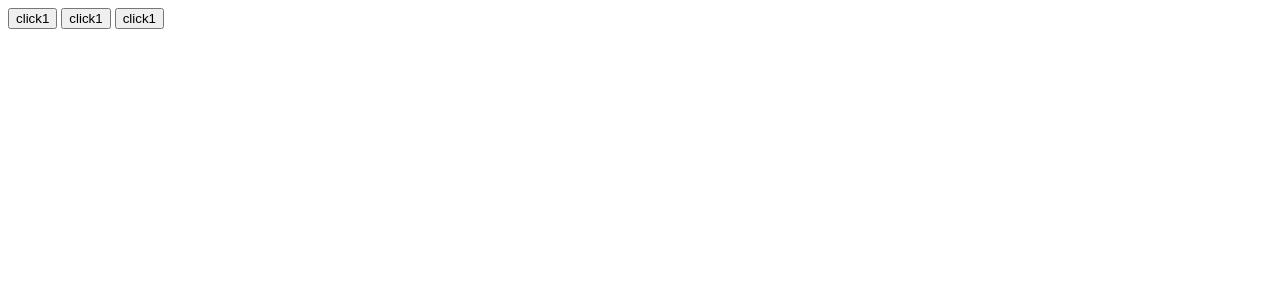
Repository: yhj4130/JsonStudy
Page: JsonApp01/WebContent/JsonTest10.html
An editor plug-in stored every save of this project. The page is shown before and after the next save, followed by the edit.
The browser window is 1280 px wide. The pictures show the whole page.

Above is the page before, as saved 2019-05-31 06:37:19.

### JsonApp01/WebContent/JsonTest10.html
<script type="text/javascript">

	var obj6 =
	[
		"test"
	]

	var obj6_1 =
	[
		"test1", "test2"
	]

	var obj6_2 =
	[
		"test1", "test2", 123, 123+1
	]

</script>

<form>
	<input type="button" value="click1" onclick="alert(obj6)">
	<input type="button" value="click1" onclick="alert(obj6_1)">
	<input type="button" value="click1" onclick="alert(obj6_2)">

	<br><br>


</form>

After the next save:
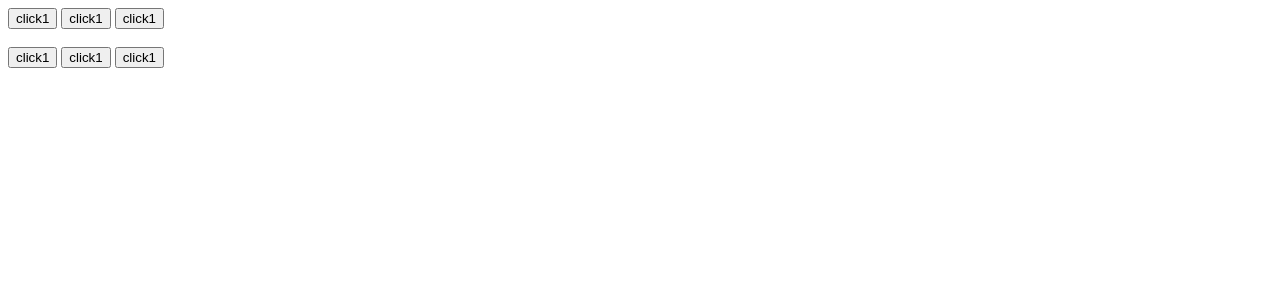
Saved 5 min 40 s later.
--- a/JsonApp01/WebContent/JsonTest10.html
+++ b/JsonApp01/WebContent/JsonTest10.html
@@ -24,5 +24,8 @@
 
 	<br><br>
 
+	<input type="button" value="click1" onclick="alert(obj6)">
+	<input type="button" value="click1" onclick="alert(obj6_1)">
+	<input type="button" value="click1" onclick="alert(obj6_2)">
 
 </form>
